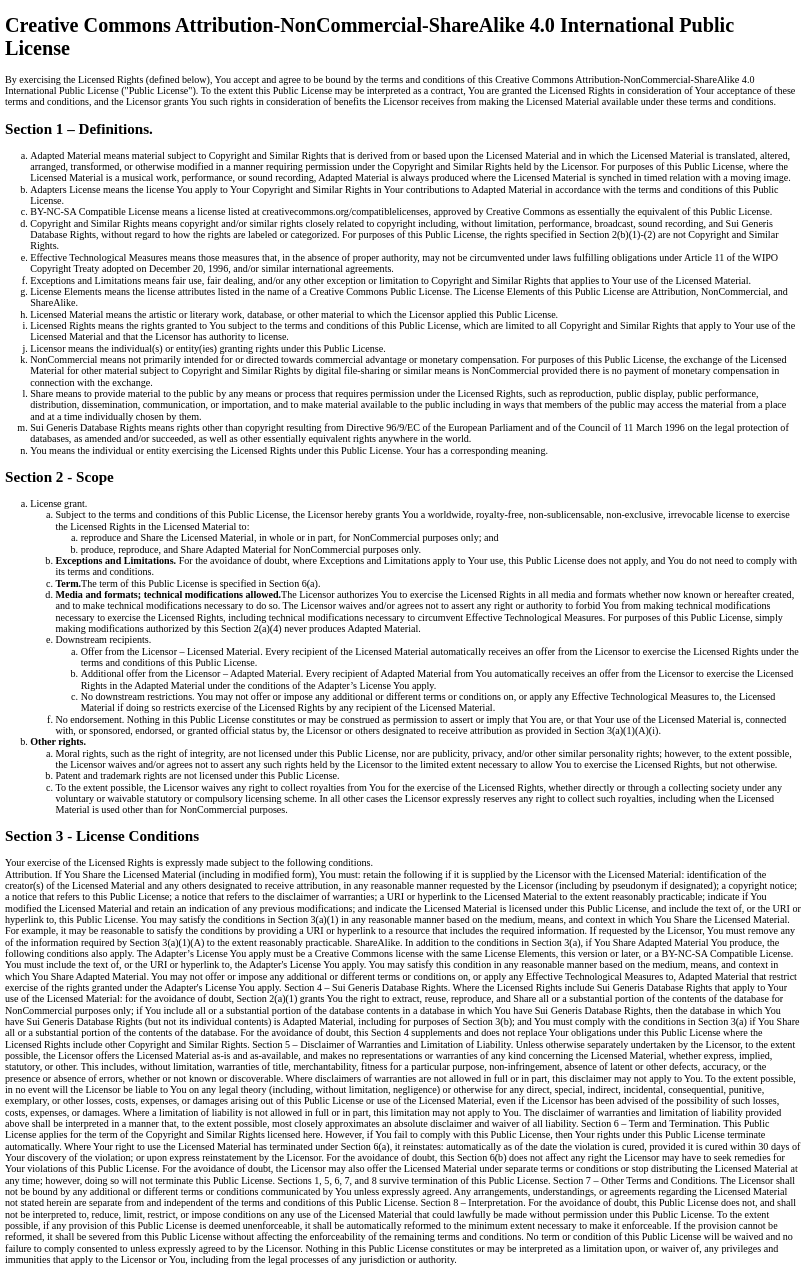
Repository: Team-Ikigami/Ascendance
Page: LICENSE-CC BY-NC-SA.html
The author's editor kept a copy of each file at every save. The page is drawn from the files as they stood at one save, then again after the next save.
The browser window is 1280 px wide. The pictures show the whole page, at 63% of full size.

Above is the page before, as saved 2021-12-12 01:41:16.

### LICENSE-CC BY-NC-SA.html
<!DOCTYPE html>
<html lang="en">
<head>
	<meta charset="UTF-8">
	<meta http-equiv="X-UA-Compatible" content="IE=edge">
	<meta name="viewport" content="width=device-width, initial-scale=1.0">
	<title>LICENSE-CC BY-NC-SA</title>
	<style type="text/css">
		ol { list-style-type: lower-alpha; }
		#center { text-align: center; }
	</style>
</head>
<body>
	<h1 class="center">Creative Commons Attribution-NonCommercial-ShareAlike 4.0 International Public License</h1>
	<p>
		By exercising the Licensed Rights (defined below), You accept and agree to be bound by the terms and conditions of this Creative Commons Attribution-NonCommercial-ShareAlike 4.0 International Public License ("Public License"). To the extent this Public License may be interpreted as a contract, You are granted the Licensed Rights in consideration of Your acceptance of these terms and conditions, and the Licensor grants You such rights in consideration of benefits the Licensor receives from making the Licensed Material available under these terms and conditions.
	</p>
	<h2 class="center">Section 1 – Definitions.</h2>
	<ol>
		<li>Adapted Material means material subject to Copyright and Similar Rights that is derived from or based upon the Licensed Material and in which the Licensed Material is translated, altered, arranged, transformed, or otherwise modified in a manner requiring permission under the Copyright and Similar Rights held by the Licensor. For purposes of this Public License, where the Licensed Material is a musical work, performance, or sound recording, Adapted Material is always produced where the Licensed Material is synched in timed relation with a moving image.</li>
		<li>Adapters License means the license You apply to Your Copyright and Similar Rights in Your contributions to Adapted Material in accordance with the terms and conditions of this Public License.</li>
		<li>BY-NC-SA Compatible License means a license listed at creativecommons.org/compatiblelicenses, approved by Creative Commons as essentially the equivalent of this Public License.</li>
		<li>Copyright and Similar Rights means copyright and/or similar rights closely related to copyright including, without limitation, performance, broadcast, sound recording, and Sui Generis Database Rights, without regard to how the rights are labeled or categorized. For purposes of this Public License, the rights specified in Section 2(b)(1)-(2) are not Copyright and Similar Rights.</li>
		<li>Effective Technological Measures means those measures that, in the absence of proper authority, may not be circumvented under laws fulfilling obligations under Article 11 of the WIPO Copyright Treaty adopted on December 20, 1996, and/or similar international agreements.</li>
		<li>Exceptions and Limitations means fair use, fair dealing, and/or any other exception or limitation to Copyright and Similar Rights that applies to Your use of the Licensed Material.</li>
		<li>License Elements means the license attributes listed in the name of a Creative Commons Public License. The License Elements of this Public License are Attribution, NonCommercial, and ShareAlike.</li>
		<li>Licensed Material means the artistic or literary work, database, or other material to which the Licensor applied this Public License.</li>
		<li>Licensed Rights means the rights granted to You subject to the terms and conditions of this Public License, which are limited to all Copyright and Similar Rights that apply to Your use of the Licensed Material and that the Licensor has authority to license.</li>
		<li>Licensor means the individual(s) or entity(ies) granting rights under this Public License.</li>
		<li>NonCommercial means not primarily intended for or directed towards commercial advantage or monetary compensation. For purposes of this Public License, the exchange of the Licensed Material for other material subject to Copyright and Similar Rights by digital file-sharing or similar means is NonCommercial provided there is no payment of monetary compensation in connection with the exchange.</li>
		<li>Share means to provide material to the public by any means or process that requires permission under the Licensed Rights, such as reproduction, public display, public performance, distribution, dissemination, communication, or importation, and to make material available to the public including in ways that members of the public may access the material from a place and at a time individually chosen by them.</li>
		<li>Sui Generis Database Rights means rights other than copyright resulting from Directive 96/9/EC of the European Parliament and of the Council of 11 March 1996 on the legal protection of databases, as amended and/or succeeded, as well as other essentially equivalent rights anywhere in the world.</li>
		<li>You means the individual or entity exercising the Licensed Rights under this Public License. Your has a corresponding meaning.</li>
	</ol>
	<h2>Section 2 - Scope</h2>
	<ol>
		<li>License grant.
			<ol>
				<li>Subject to the terms and conditions of this Public License, the Licensor hereby grants You a worldwide, royalty-free, non-sublicensable, non-exclusive, irrevocable license to exercise the Licensed Rights in the Licensed Material to:
					<ol>
						<li>reproduce and Share the Licensed Material, in whole or in part, for NonCommercial purposes only; and</li>
						<li>produce, reproduce, and Share Adapted Material for NonCommercial purposes only.</li>
					</ol>
				</li>
				<li><b>Exceptions and Limitations.</b> For the avoidance of doubt, where Exceptions and Limitations apply to Your use, this Public License does not apply, and You do not need to comply with its terms and conditions.</li>
				<li><b>Term.</b>The term of this Public License is specified in Section 6(a).</li>
				<li><b>Media and formats; technical modifications allowed.</b>The Licensor authorizes You to exercise the Licensed Rights in all media and formats whether now known or hereafter created, and to make technical modifications necessary to do so. The Licensor waives and/or agrees not to assert any right or authority to forbid You from making technical modifications necessary to exercise the Licensed Rights, including technical modifications necessary to circumvent Effective Technological Measures. For purposes of this Public License, simply making modifications authorized by this Section 2(a)(4) never produces Adapted Material.</li>
				<li>Downstream recipients.
					<ol>
						<li>Offer from the Licensor – Licensed Material. Every recipient of the Licensed Material automatically receives an offer from the Licensor to exercise the Licensed Rights under the terms and conditions of this Public License.</li>
						<li>Additional offer from the Licensor – Adapted Material. Every recipient of Adapted Material from You automatically receives an offer from the Licensor to exercise the Licensed Rights in the Adapted Material under the conditions of the Adapter’s License You apply.</li>
						<li>No downstream restrictions. You may not offer or impose any additional or different terms or conditions on, or apply any Effective Technological Measures to, the Licensed Material if doing so restricts exercise of the Licensed Rights by any recipient of the Licensed Material.</li>
					</ol>
				</li>
				<li>No endorsement. Nothing in this Public License constitutes or may be construed as permission to assert or imply that You are, or that Your use of the Licensed Material is, connected with, or sponsored, endorsed, or granted official status by, the Licensor or others designated to receive attribution as provided in Section 3(a)(1)(A)(i).</li>
			</ol>
		</li>
		<li><b>Other rights.</b>
			<ol>
				<li>Moral rights, such as the right of integrity, are not licensed under this Public License, nor are publicity, privacy, and/or other similar personality rights; however, to the extent possible, the Licensor waives and/or agrees not to assert any such rights held by the Licensor to the limited extent necessary to allow You to exercise the Licensed Rights, but not otherwise.</li>
				<li>Patent and trademark rights are not licensed under this Public License.</li>
				<li>To the extent possible, the Licensor waives any right to collect royalties from You for the exercise of the Licensed Rights, whether directly or through a collecting society under any voluntary or waivable statutory or compulsory licensing scheme. In all other cases the Licensor expressly reserves any right to collect such royalties, including when the Licensed Material is used other than for NonCommercial purposes.</li>
			</ol>
		</li>
	</ol>
	<div>
		<h2>Section 3 - License Conditions</h2>
		Your exercise of the Licensed Rights is expressly made subject to the following conditions.
	</div>
</body>
</html>

Attribution.

If You Share the Licensed Material (including in modified form), You must:

retain the following if it is supplied by the Licensor with the Licensed Material:
identification of the creator(s) of the Licensed Material and any others designated to receive attribution, in any reasonable manner requested by the Licensor (including by pseudonym if designated);
a copyright notice;
a notice that refers to this Public License;
a notice that refers to the disclaimer of warranties;
a URI or hyperlink to the Licensed Material to the extent reasonably practicable;
indicate if You modified the Licensed Material and retain an indication of any previous modifications; and
indicate the Licensed Material is licensed under this Public License, and include the text of, or the URI or hyperlink to, this Public License.
You may satisfy the conditions in Section 3(a)(1) in any reasonable manner based on the medium, means, and context in which You Share the Licensed Material. For example, it may be reasonable to satisfy the conditions by providing a URI or hyperlink to a resource that includes the required information.
If requested by the Licensor, You must remove any of the information required by Section 3(a)(1)(A) to the extent reasonably practicable.
ShareAlike.
In addition to the conditions in Section 3(a), if You Share Adapted Material You produce, the following conditions also apply.

The Adapter’s License You apply must be a Creative Commons license with the same License Elements, this version or later, or a BY-NC-SA Compatible License.
You must include the text of, or the URI or hyperlink to, the Adapter's License You apply. You may satisfy this condition in any reasonable manner based on the medium, means, and context in which You Share Adapted Material.
You may not offer or impose any additional or different terms or conditions on, or apply any Effective Technological Measures to, Adapted Material that restrict exercise of the rights granted under the Adapter's License You apply.
Section 4 – Sui Generis Database Rights.

Where the Licensed Rights include Sui Generis Database Rights that apply to Your use of the Licensed Material:

for the avoidance of doubt, Section 2(a)(1) grants You the right to extract, reuse, reproduce, and Share all or a substantial portion of the contents of the database for NonCommercial purposes only;
if You include all or a substantial portion of the database contents in a database in which You have Sui Generis Database Rights, then the database in which You have Sui Generis Database Rights (but not its individual contents) is Adapted Material, including for purposes of Section 3(b); and
You must comply with the conditions in Section 3(a) if You Share all or a substantial portion of the contents of the database.
For the avoidance of doubt, this Section 4 supplements and does not replace Your obligations under this Public License where the Licensed Rights include other Copyright and Similar Rights.
Section 5 – Disclaimer of Warranties and Limitation of Liability.

Unless otherwise separately undertaken by the Licensor, to the extent possible, the Licensor offers the Licensed Material as-is and as-available, and makes no representations or warranties of any kind concerning the Licensed Material, whether express, implied, statutory, or other. This includes, without limitation, warranties of title, merchantability, fitness for a particular purpose, non-infringement, absence of latent or other defects, accuracy, or the presence or absence of errors, whether or not known or discoverable. Where disclaimers of warranties are not allowed in full or in part, this disclaimer may not apply to You.
To the extent possible, in no event will the Licensor be liable to You on any legal theory (including, without limitation, negligence) or otherwise for any direct, special, indirect, incidental, consequential, punitive, exemplary, or other losses, costs, expenses, or damages arising out of this Public License or use of the Licensed Material, even if the Licensor has been advised of the possibility of such losses, costs, expenses, or damages. Where a limitation of liability is not allowed in full or in part, this limitation may not apply to You.
The disclaimer of warranties and limitation of liability provided above shall be interpreted in a manner that, to the extent possible, most closely approximates an absolute disclaimer and waiver of all liability.
Section 6 – Term and Termination.

This Public License applies for the term of the Copyright and Similar Rights licensed here. However, if You fail to comply with this Public License, then Your rights under this Public License terminate automatically.
Where Your right to use the Licensed Material has terminated under Section 6(a), it reinstates:

automatically as of the date the violation is cured, provided it is cured within 30 days of Your discovery of the violation; or
upon express reinstatement by the Licensor.
For the avoidance of doubt, this Section 6(b) does not affect any right the Licensor may have to seek remedies for Your violations of this Public License.
For the avoidance of doubt, the Licensor may also offer the Licensed Material under separate terms or conditions or stop distributing the Licensed Material at any time; however, doing so will not terminate this Public License.
Sections 1, 5, 6, 7, and 8 survive termination of this Public License.
Section 7 – Other Terms and Conditions.

The Licensor shall not be bound by any additional or different terms or conditions communicated by You unless expressly agreed.
Any arrangements, understandings, or agreements regarding the Licensed Material not stated herein are separate from and independent of the terms and conditions of this Public License.
Section 8 – Interpretation.

For the avoidance of doubt, this Public License does not, and shall not be interpreted to, reduce, limit, restrict, or impose conditions on any use of the Licensed Material that could lawfully be made without permission under this Public License.
To the extent possible, if any provision of this Public License is deemed unenforceable, it shall be automatically reformed to the minimum extent necessary to make it enforceable. If the provision cannot be reformed, it shall be severed from this Public License without affecting the enforceability of the remaining terms and conditions.
No term or condition of this Public License will be waived and no failure to comply consented to unless expressly agreed to by the Licensor.
Nothing in this Public License constitutes or may be interpreted as a limitation upon, or waiver of, any privileges and immunities that apply to the Licensor or You, including from the legal processes of any jurisdiction or authority.

After the next save:
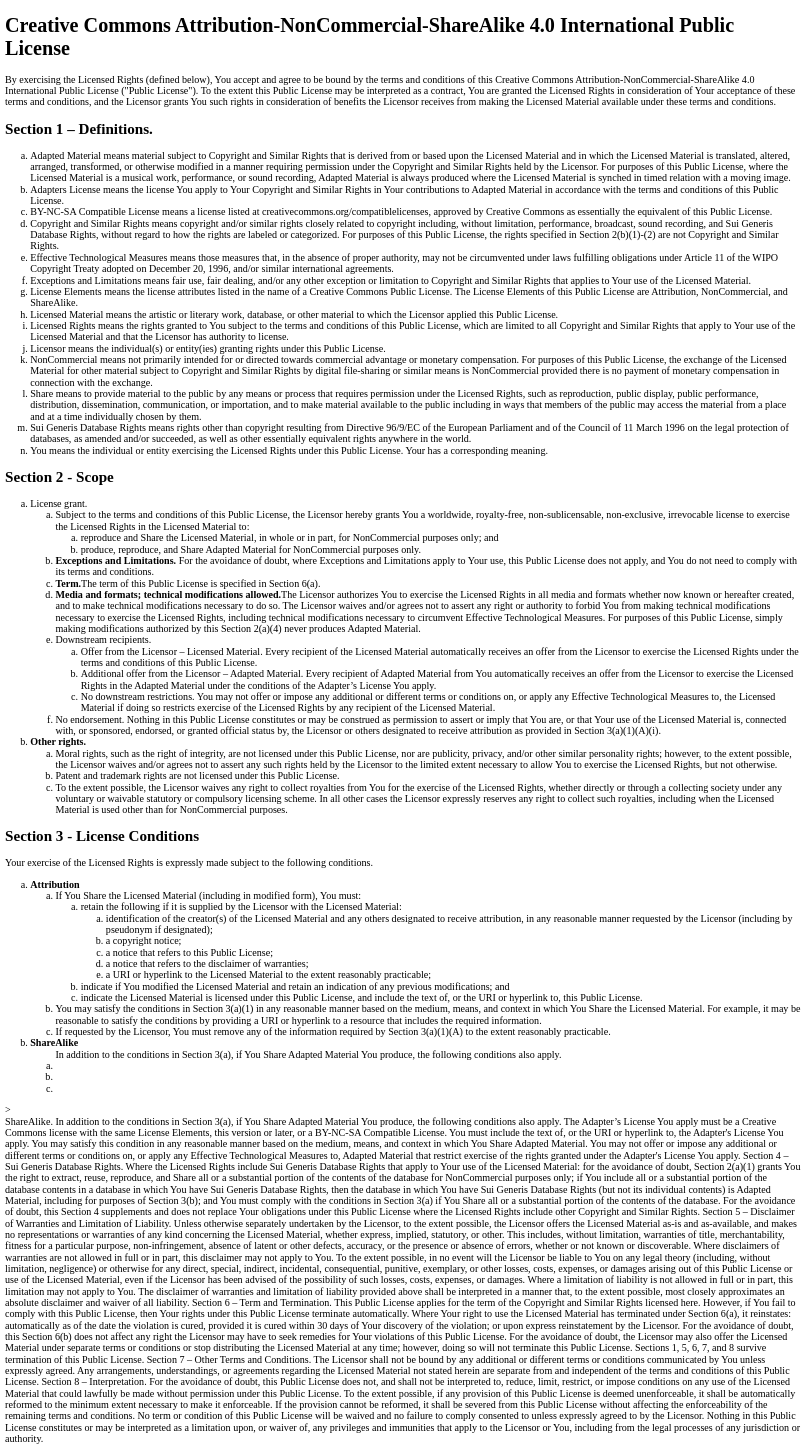
Saved 9 min 46 s later.
--- a/LICENSE-CC BY-NC-SA.html
+++ b/LICENSE-CC BY-NC-SA.html
@@ -66,24 +66,42 @@
 	<div>
 		<h2>Section 3 - License Conditions</h2>
 		Your exercise of the Licensed Rights is expressly made subject to the following conditions.
+		<ol>
+			<li><b>Attribution</b>
+				<ol>
+					<li>If You Share the Licensed Material (including in modified form), You must:
+						<ol>
+							<li>retain the following if it is supplied by the Licensor with the Licensed Material:
+								<ol>
+									<li>identification of the creator(s) of the Licensed Material and any others designated to receive attribution, in any reasonable manner requested by the Licensor (including by pseudonym if designated);</li>
+									<li>a copyright notice;</li>
+									<li>a notice that refers to this Public License;</li>
+									<li>a notice that refers to the disclaimer of warranties;</li>
+									<li>a URI or hyperlink to the Licensed Material to the extent reasonably practicable;</li>
+								</ol>
+							</li>
+							<li>indicate if You modified the Licensed Material and retain an indication of any previous modifications; and</li>
+							<li>indicate the Licensed Material is licensed under this Public License, and include the text of, or the URI or hyperlink to, this Public License.</li>
+						</ol>
+					</li>
+					<li>You may satisfy the conditions in Section 3(a)(1) in any reasonable manner based on the medium, means, and context in which You Share the Licensed Material. For example, it may be reasonable to satisfy the conditions by providing a URI or hyperlink to a resource that includes the required information.</li>
+					<li>If requested by the Licensor, You must remove any of the information required by Section 3(a)(1)(A) to the extent reasonably practicable.</li>
+				</ol>
+			</li>
+			<li><b>ShareAlike</b>
+				<ol>
+					In addition to the conditions in Section 3(a), if You Share Adapted Material You produce, the following conditions also apply.
+					<li></li>
+					<li></li>
+					<li></li>
+				</ol>
+			</li>
+		</ol>>
 	</div>
 </body>
 </html>
 
-Attribution.
 
-If You Share the Licensed Material (including in modified form), You must:
-
-retain the following if it is supplied by the Licensor with the Licensed Material:
-identification of the creator(s) of the Licensed Material and any others designated to receive attribution, in any reasonable manner requested by the Licensor (including by pseudonym if designated);
-a copyright notice;
-a notice that refers to this Public License;
-a notice that refers to the disclaimer of warranties;
-a URI or hyperlink to the Licensed Material to the extent reasonably practicable;
-indicate if You modified the Licensed Material and retain an indication of any previous modifications; and
-indicate the Licensed Material is licensed under this Public License, and include the text of, or the URI or hyperlink to, this Public License.
-You may satisfy the conditions in Section 3(a)(1) in any reasonable manner based on the medium, means, and context in which You Share the Licensed Material. For example, it may be reasonable to satisfy the conditions by providing a URI or hyperlink to a resource that includes the required information.
-If requested by the Licensor, You must remove any of the information required by Section 3(a)(1)(A) to the extent reasonably practicable.
 ShareAlike.
 In addition to the conditions in Section 3(a), if You Share Adapted Material You produce, the following conditions also apply.
 
